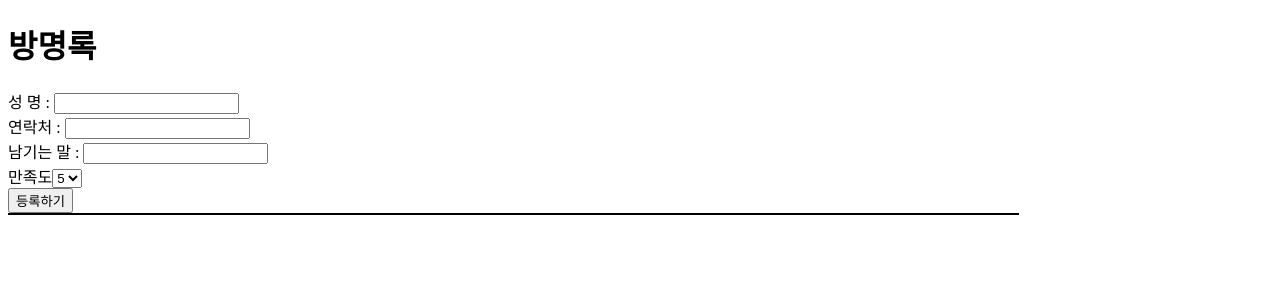
Repository: HyeongChank/P2VisitorCount
Page: http://localhost/P2VisitorCounter/Counter/Login.jsp
An editor plug-in stored every save of this project. The page is shown before and after the next save, followed by the edit.
The browser window is 1280 px wide. The pictures show the whole page.
The page is served by Tomcat 9. Other server files are loaded and not shown. The template is opened directly, without the code that normally fills it, so the values that code supplies are empty.

Above is the page before, as saved 2023-04-05 01:36:32.
Console error: SyntaxError: Unexpected end of input

### P2VisitorCounter/src/main/webapp/Counter/Login.jsp
<%@ page language="java" contentType="text/html; charset=UTF-8"
    pageEncoding="UTF-8"%>
<%@ taglib prefix = "c" uri = "http://java.sun.com/jsp/jstl/core" %>
<!DOCTYPE html>
<html>
<head>
<meta charset="UTF-8">
<style>

	table{
		border : solid 1px black;
		background-color : skyblue;
	}
	tr{
		text-align : center;
	}
</style>
<title>Insert title here</title>
</head>

<body>
 	<h1>방명록</h1>

		<form name = "login" method = "get" action = "../Counterj/visitor.do" enctype = "multipart/form-data">
		<table style = "width : 80%">
 			<tr>성 명 : <input type = "text" name = "name" onsubmit = "return validateForm(this);"/></tr><br>
			<tr>연락처 : <input type = "tel" name = "tel"/></tr><br>
			<tr>남기는 말 : <input type = "text" name = "ment"/></tr><br>
			<tr><label for= "score">만족도</label>
				<select name = "score-m" id = "score">
					<option value = "5">5</option>
					<option value = "5">4</option>
					<option value = "5">3</option>
					<option value = "5">2</option>
					<option value = "5">1</option>
				</select></tr><br>
			<tr><button type = "submit">등록하기</button></tr>
		</table>
	</form>

	<h2>${num }</h2>
<script>
function validateForm(form){
	if(!form.name.value){
		alert("이름을 입력하세요.");
		return false;
	}
	if(!form.tel.value){
		alert("연락처를 입력하세요.");
		return false;
	}

</script>


</body>
</html>

After the next save:
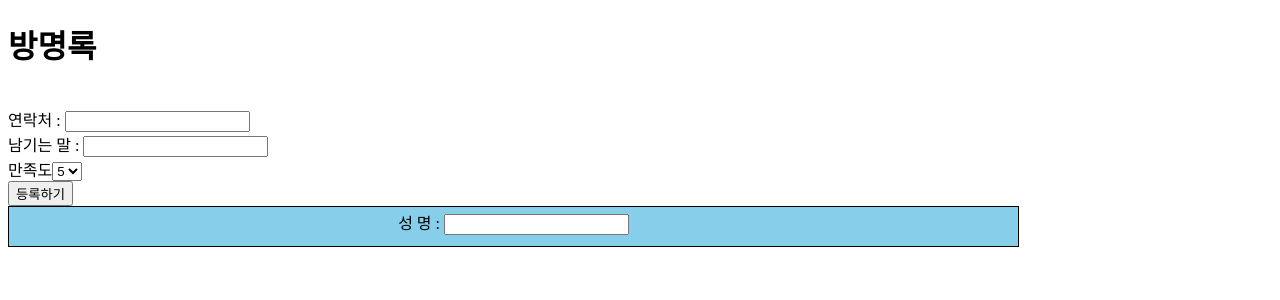
Saved 50 s later.
--- a/P2VisitorCounter/src/main/webapp/Counter/Login.jsp
+++ b/P2VisitorCounter/src/main/webapp/Counter/Login.jsp
@@ -23,7 +23,8 @@
 
 		<form name = "login" method = "get" action = "../Counterj/visitor.do" enctype = "multipart/form-data">
 		<table style = "width : 80%">
- 			<tr>성 명 : <input type = "text" name = "name" onsubmit = "return validateForm(this);"/></tr><br>
+ 			<tr>
+ 				<td>성 명 : <input type = "text" name = "name" onsubmit = "return validateForm(this);"/></td></tr><br>
 			<tr>연락처 : <input type = "tel" name = "tel"/></tr><br>
 			<tr>남기는 말 : <input type = "text" name = "ment"/></tr><br>
 			<tr><label for= "score">만족도</label>
